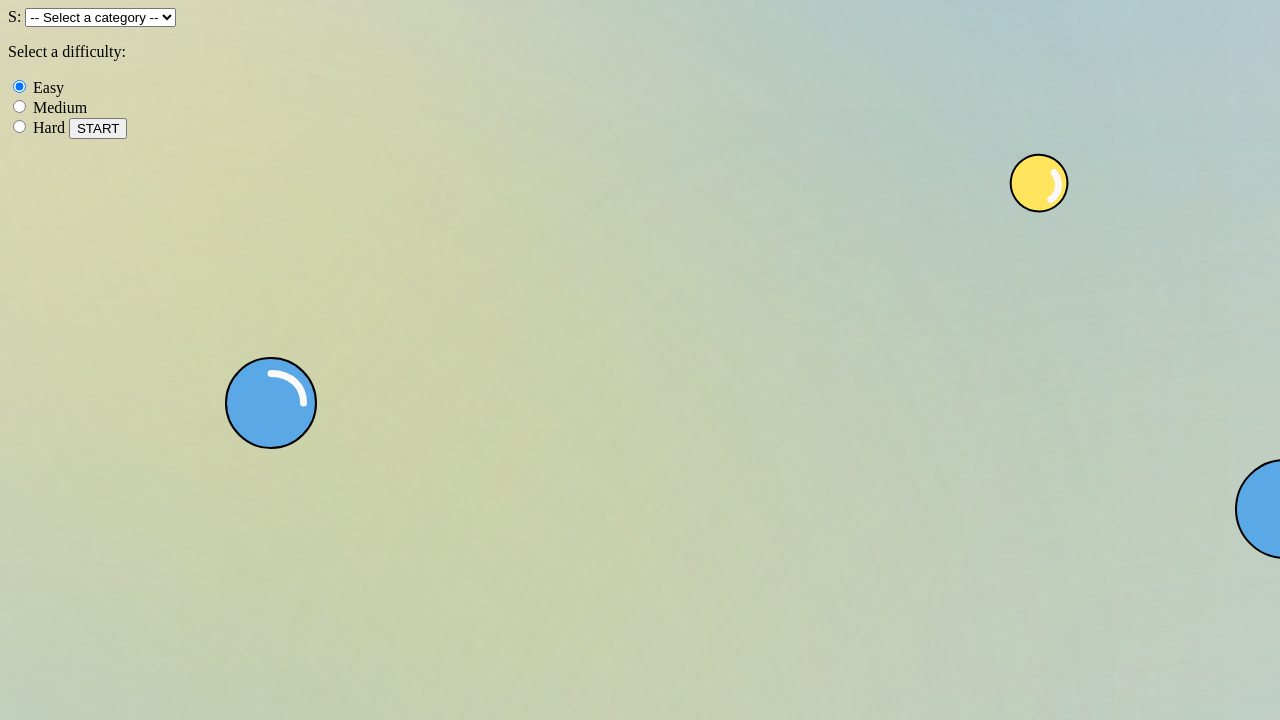
Repository: sierralaurent/SmartiePants
Page: trivia.html
These files come from the project's save history. The page is drawn as it stood at one moment and after the next save; the edit follows.
The browser window is 1280 px wide. The pictures show the whole page.
The page's requests for data from a server got no answer.

Above is the page before, as saved 2023-05-15 16:17:42.
Console error: TypeError: Cannot set properties of null (setting 'innerHTML')

### trivia.html
<!DOCTYPE html>
<html lang="en">
<!--Page to select category and difficulty-->
<head>
  <link rel="stylesheet" href="trivia.css">
  <meta charset="UTF-8">
  <meta http-equiv="X-UA-Compatible" content="IE=edge">
  <meta name="viewport" content="width=
    , initial-scale=1.0">
  <title>SMARTIEPANTS | START TRIVIA</title>
  <link rel="stylesheet" href="trivia.css" />
</head>

<body>
  <div>
    <label for="category-dropdown">S:</label>
    <select id="category-dropdown">
      <option value="">-- Select a category --</option>
    </select>

    <p>Select a difficulty:</p>
    <input type="radio" id="easy" name="difficulty" value="easy" checked>
    <label for="easy">Easy</label><br>
    <input type="radio" id="medium" name="difficulty" value="medium">
    <label for="medium">Medium</label><br>
    <input type="radio" id="hard" name="difficulty" value="hard">
    <label for="hard">Hard</label>

    <a href="/quiz.html"><button id="start-button">START</button></a>
  </div>

  <script src="trivia.js"></script>
  <script src="timer.js"></script>
</body>

</html>

### trivia.css
body {
    background-image: url('./background.svg');
}

### trivia.js
// get the dropdown input and turns it into const
const categoryDropdown = document.getElementById("category-dropdown");
let display = '';
// fetches categories from api
fetch("https://opentdb.com/api_category.php")
  .then(response => response.json())
  .then(data => {
    // sets categories value to the data in the trivia_categories json from api
    const categories = data.trivia_categories;
    // sorts categories alphabetically
    categories.sort((a, b) => a.name.localeCompare(b.name));
    categories.forEach(category => {
      // for each category, it creates an element in the dropdown
      const option = document.createElement("option");
      option.value = category.id;
      option.text = category.name;
      categoryDropdown.add(option);
    });
  })
  // catches any errors
  .catch(error => console.error(error));



const startButton = document.getElementById("start-button");
const difficultyRadios = document.getElementsByName("difficulty");
let url = ''

// event listener for the start button. runs startQuiz function
startButton.addEventListener("click", startQuiz);

//sets the category to the value of what user picked in dropdown
function startQuiz() {
  const category = categoryDropdown.value;
  // sets diffiulty based on what user picked in radio buttons
  const difficulty = getSelectedRadioValue(difficultyRadios);
  //the url of what questions the api will give based on category and difficulty user picked
  url = `https://opentdb.com/api.php?amount=10&type=multiple${category ? `&category=${category}` : ""}${difficulty ? `&difficulty=${difficulty}` : ""}`;

  const quizContainer = document.getElementById("quizContainer");
  const settingsContainer = document.getElementById("settingsContainer")

  if (quizContainer.style.display === 'none') {
    settingsContainer.style.display = 'none'
    quizContainer.style.display = 'block';
  } else {
    quizContainer.style.display === 'none';
    settingsContainer.style.display = 'block'
  }

  const question = document.getElementById('question');
  const choices = Array.from(document.getElementsByClassName('choice-text'));
  const progressText = document.getElementById('progressText');
  const scoreText = document.getElementById('score');
  const progressBarFull = document.getElementById('progressBarFull');
  let currentQuestion = {};
  let acceptingAnswers = false;
  let score = 0;
  let questionCounter = 0;
  let availableQuesions = [];
  let questions = [];

  fetch(
    `${url}`
  )
    .then((res) => {
      return res.json();
    })
    .then((loadedQuestions) => {
      questions = loadedQuestions.results.map((loadedQuestion) => {
        const formattedQuestion = {
          question: loadedQuestion.question,
        };

        const answerChoices = [...loadedQuestion.incorrect_answers];
        formattedQuestion.answer = Math.floor(Math.random() * 4) + 1;
        answerChoices.splice(
          formattedQuestion.answer - 1,
          0,
          loadedQuestion.correct_answer
        );

        answerChoices.forEach((choice, index) => {
          formattedQuestion['choice' + (index + 1)] = choice;
        });

        return formattedQuestion;
      });
      startGame();
    })
    .catch((err) => {
      console.error(err);
    });

  //CONSTANTS
  const CORRECT_BONUS = 10;
  const MAX_QUESTIONS = 10;

  startGame = () => {
    questionCounter = 0;
    score = 0;
    availableQuesions = [...questions];
    getNewQuestion();
  };

  getNewQuestion = () => {
    if (availableQuesions.length === 0 || questionCounter >= MAX_QUESTIONS) {
      localStorage.setItem('mostRecentScore', score);
      //go to the end page
      return window.location.assign('/end.html');
    }
    questionCounter++;
    progressText.innerText = `Question ${questionCounter}/${MAX_QUESTIONS}`;
    //Update the progress bar
    progressBarFull.style.width = `${(questionCounter / MAX_QUESTIONS) * 100}%`;

    const questionIndex = Math.floor(Math.random() * availableQuesions.length);
    currentQuestion = availableQuesions[questionIndex];
    question.innerText = currentQuestion.question;

    choices.forEach((choice) => {
      const number = choice.dataset['number'];
      choice.innerText = currentQuestion['choice' + number];
    });

    availableQuesions.splice(questionIndex, 1);
    acceptingAnswers = true;
  };

  choices.forEach((choice) => {
    choice.addEventListener('click', (e) => {
      if (!acceptingAnswers) return;

      acceptingAnswers = false;
      const selectedChoice = e.target;
      const selectedAnswer = selectedChoice.dataset['number'];

      const classToApply =
        selectedAnswer == currentQuestion.answer ? 'correct' : 'incorrect';

      if (classToApply === 'correct') {
        incrementScore(CORRECT_BONUS);
      }

      selectedChoice.parentElement.classList.add(classToApply);

      setTimeout(() => {
        selectedChoice.parentElement.classList.remove(classToApply);
        getNewQuestion();
      }, 1000);
    });
  });

  incrementScore = (num) => {
    score += num;
    scoreText.innerText = score;
  };


  console.log(url)
}

function getSelectedRadioValue(radios) {
  for (let i = 0; i < radios.length; i++) {
    if (radios[i].checked) {
      return radios[i].value;
    }
  }
  return null;
}

### timer.js

        let timeLeft = document.getElementById("timeLeft");
        let countdownCircle = document.getElementById('dd');
        let dots = document.querySelector('.dots');
        let endTime = new Date();
        endTime.setMinutes(endTime.getMinutes() + 5);

        let x = setInterval(function(){
            let now = new Date().getTime();
            let distance = endTime - now;


            let minutes = Math.floor((distance % (1000 * 60 * 60)) / (1000 * 60));
            let seconds = Math.floor((distance % (1000 * 60)) / 1000);


            timeLeft.innerHTML = minutes.toString().padStart(2, '0') + ":" +
                                  seconds.toString().padStart(2, '0');


            let radius = (distance / (endTime - now)) * 70;
            countdownCircle.setAttribute('r', radius);

            if (distance <= 0) {
                clearInterval(x);
                timeLeft.innerHTML = "00:00";
                showAlert();

            }

            dd.style.strokeDashoffset = 440 - (440 * (distance / (5 * 60 * 1000)));

        }, 1000);
        function showAlert(){
            alert("time is over");
        }

After the next save:
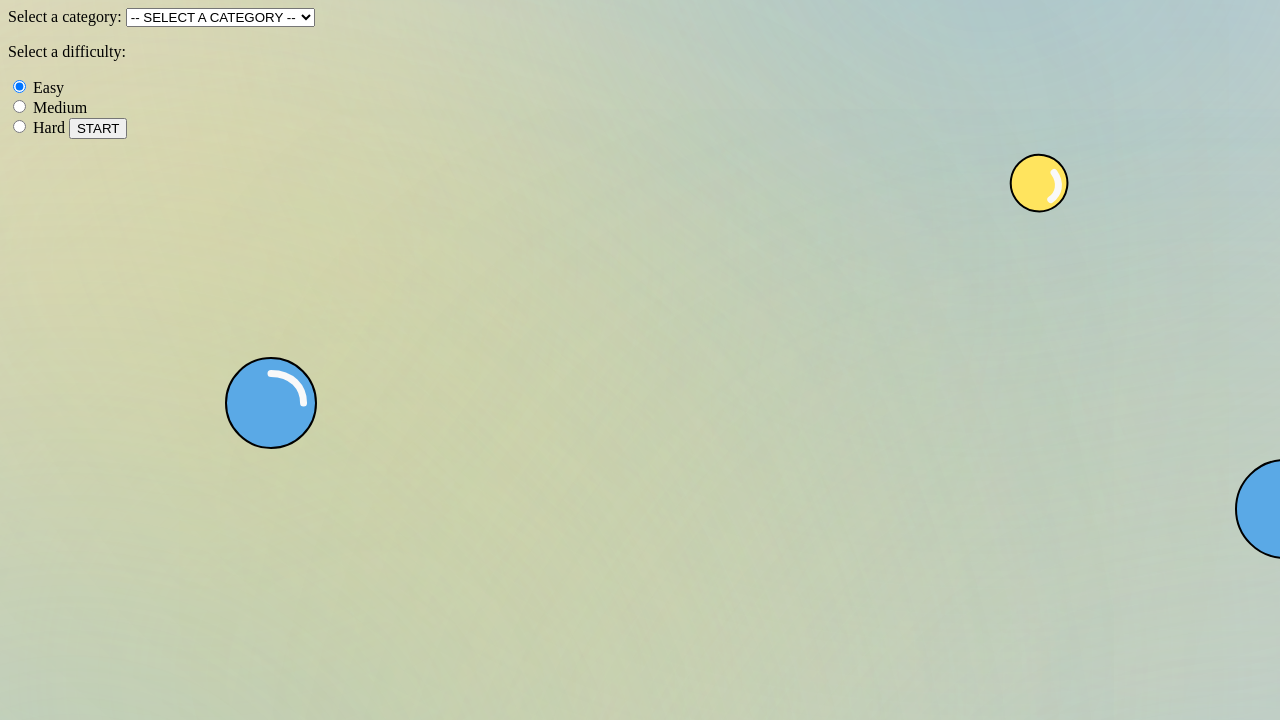
Saved 13 s later.
--- a/trivia.html
+++ b/trivia.html
@@ -13,9 +13,9 @@
 
 <body>
   <div>
-    <label for="category-dropdown">S:</label>
+    <label for="category-dropdown">Select a category:</label>
     <select id="category-dropdown">
-      <option value="">-- Select a category --</option>
+      <option value="">-- SELECT A CATEGORY --</option>
     </select>
 
     <p>Select a difficulty:</p>
